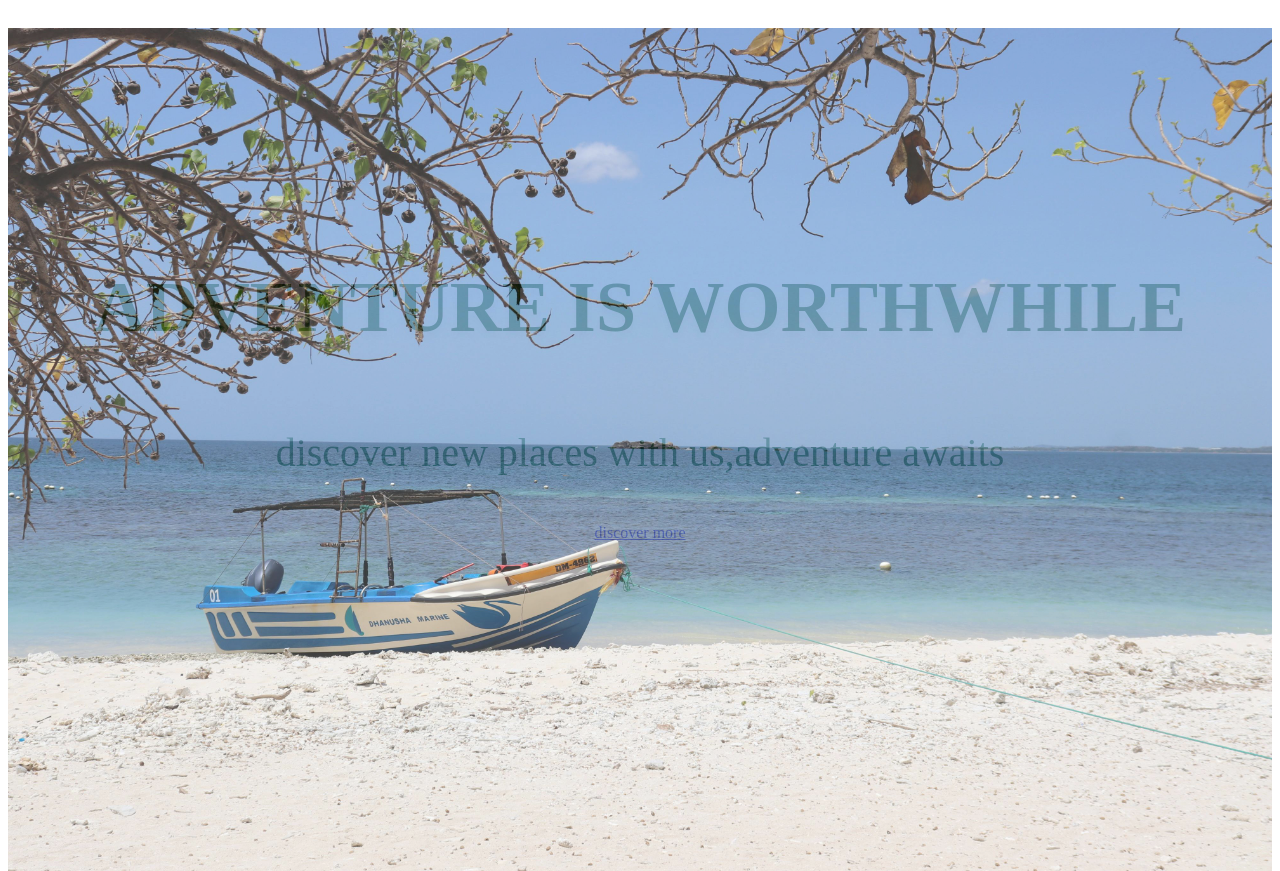
Repository: KasunInd27/Ceylon-Journey
Page: Home/home.html
The author's editor kept a copy of each file at every save. The page is drawn from the files as they stood at one save, then again after the next save.
The browser window is 1280 px wide. The pictures show the whole page.

Above is the page before, as saved 2024-10-05 13:39:13.
Console error: SyntaxError: Unexpected token '<'

After the next save:
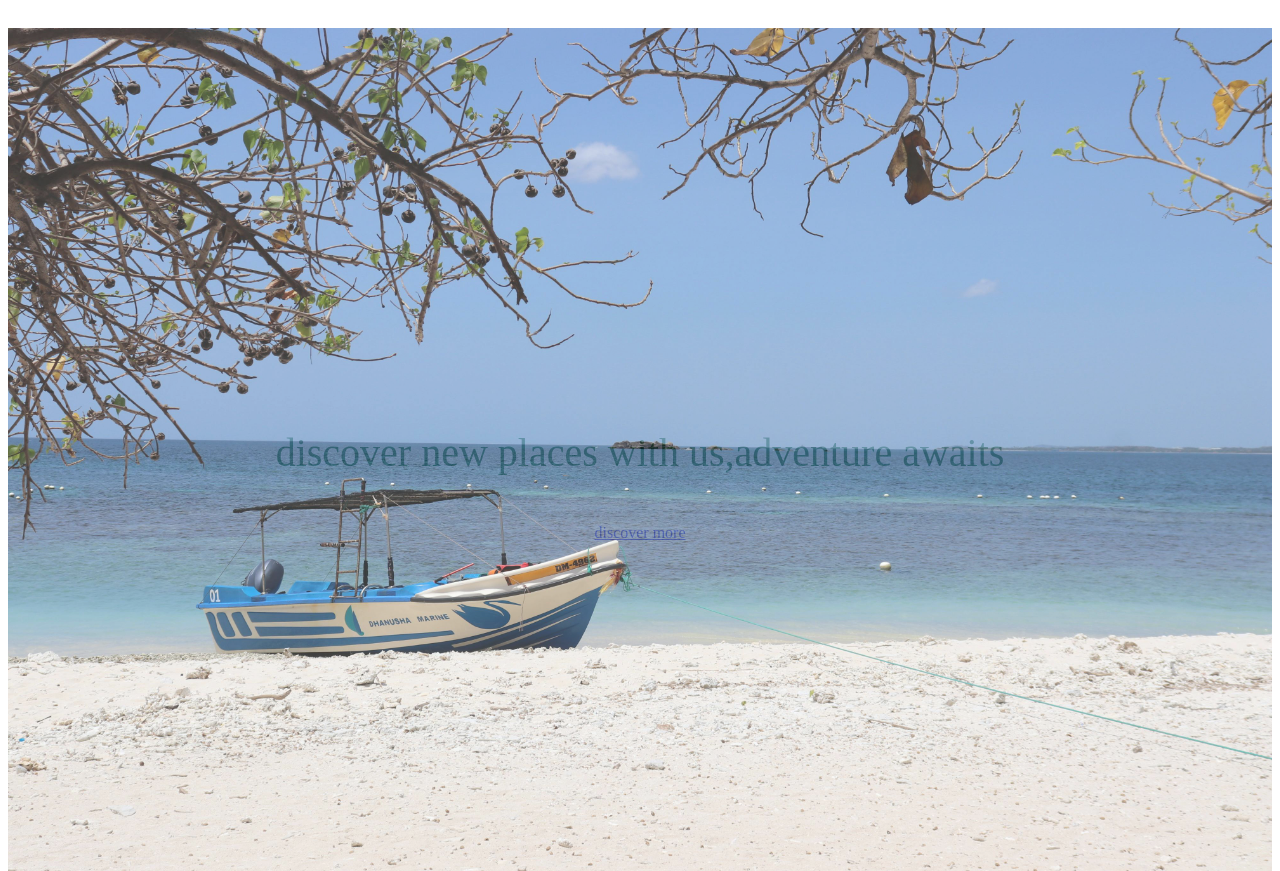
Saved 11 s later.
--- a/Home/CSS/home.css
+++ b/Home/CSS/home.css
@@ -54,7 +54,7 @@
     text-shadow: 0 .3rem .5rem rgba(0, 0, 0, .1);
     /* Adds a soft shadow to the text */
 
-    opacity: -10px;
+    opacity: -10;
 }
 
 .home .content p {

After the save that followed:
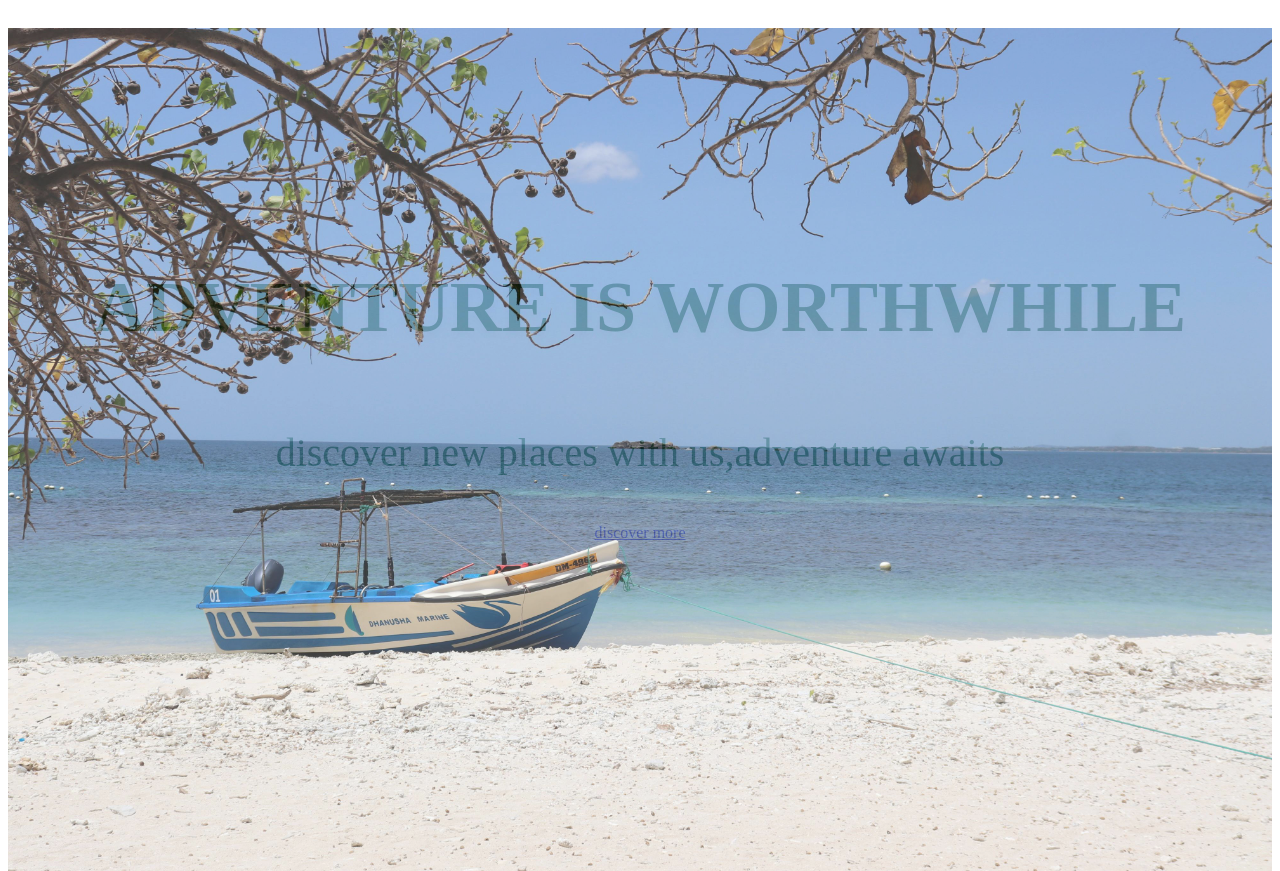
Saved 13 s later.
--- a/Home/CSS/home.css
+++ b/Home/CSS/home.css
@@ -54,7 +54,7 @@
     text-shadow: 0 .3rem .5rem rgba(0, 0, 0, .1);
     /* Adds a soft shadow to the text */
 
-    opacity: -10;
+    opacity: 50;
 }
 
 .home .content p {
